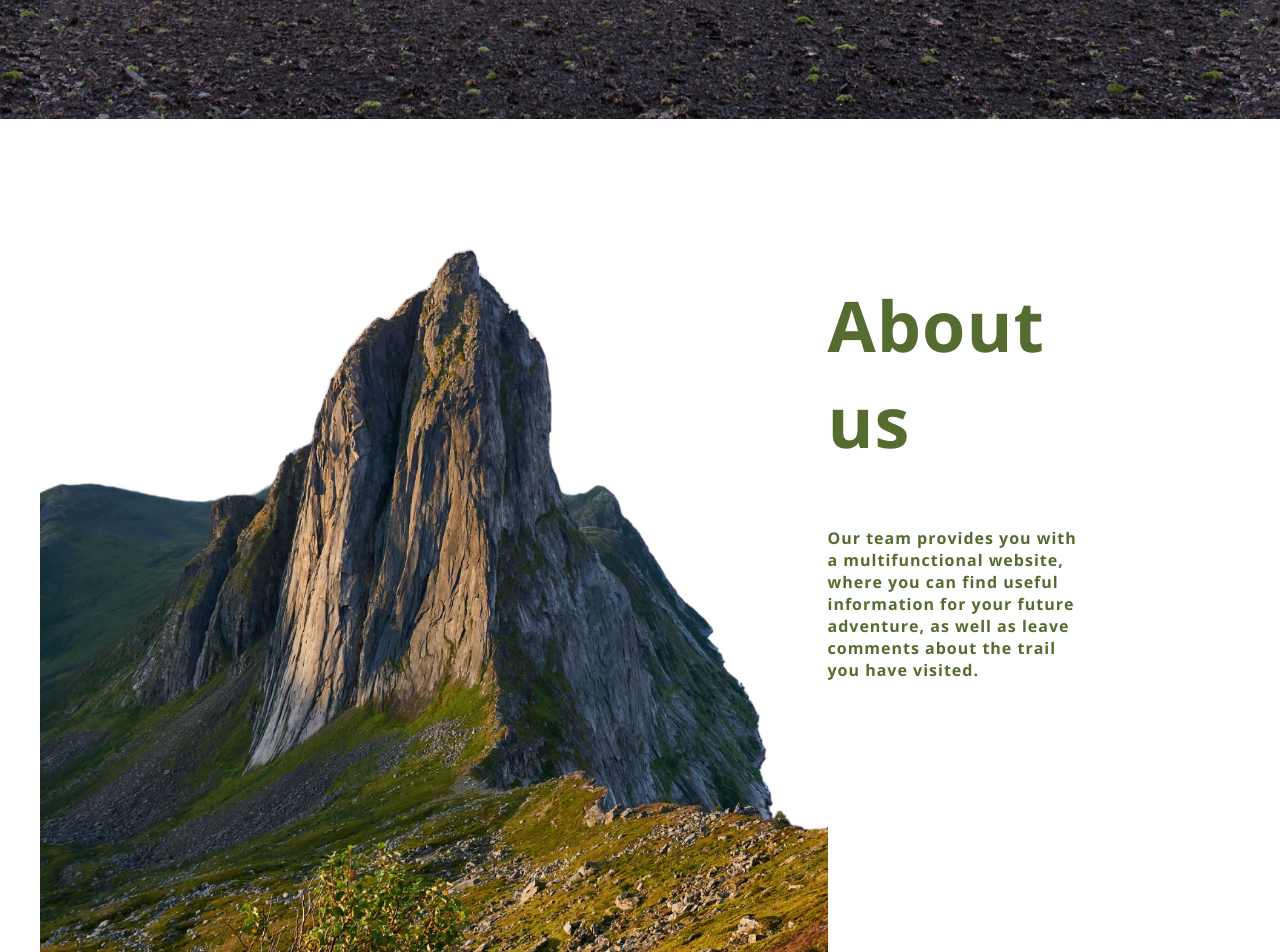
Repository: artembundin/travelrus.github.io
Page: index.html
An editor plug-in stored every save of this project. The page is shown before and after the next save, followed by the edit.
The browser window is 1280 px wide. The pictures show the part of the page from y = 2581 to 3533 px (the page is 4792 px tall).
A picture or video elsewhere on the page could not be fetched, so the positions and the page height are approximate. An inner scrolling area shows only its first screen. Backgrounds fixed to the window are drawn as part of the page. Some web fonts or font styles are not loaded; a fallback is used.

Above is the page before, as saved 2025-05-08 01:27:30.
Console error: TypeError: Cannot read properties of null (reading 'offsetTop')

### index.html
<!DOCTYPE html>
<html lang="en">
  <head>
    <meta charset="UTF-8" />
    <meta name="viewport" content="width=device-width, initial-scale=1.0" />
    <title>Document</title>
    <link rel="stylesheet" href="style.css" />
  </head>
  <body>
    <header class="header">
      <div class="container-header">
        <img src="icons/TRAIL TRIBE (3).svg" alt="" class="anim header-logo" />
        <ul class="header-list">
          <li><a class="active" href="/">HOME</a></li>
          <li><a href="/">BLOG</a></li>
          <li><a href="#inf">DISCOVER</a></li>
          <li><a href="/">ABOUT AS</a></li>
        </ul>
      </div>
    </header>
    <main class="main">
      <section class="join">
        <div class="join-container">
          <div class="text_section">
            <h2>Featured Items</h2>
            <p>
              These are some of the basic things that will be useful to you on a
              hike. See the full list on our blog.
            </p>
          </div>
          <a href="#" class="btn_list" id="newPageButton">BLOG</a>
        </div>
      </section>
      <section class="inf" id='inf'>
        <div class="inf-container">
          <h2 class="inf-caption animate-slidein">Find our most popular camps</h2>
          <div class="cards">
              <div class="cards-content">
                <a href="map.html#mapstore">
                  <img src="images/bvt.jpeg" alt="" class="img">
                </a>
                <div class="cards-text">
                  <h4 class="cards-title">The Big Valdai Trail</h4>
                  <p class="cards-sub-title">Its uniqueness lies in the change of ecological systems: spruce-fir forest, broad-leaved forest, pine forest.</p>
                </div>
              </div>
            <div class="cards-content">
              <a href="map.html#mapstore2">
                <img src="images/30.jpeg" alt="" class="img">
              </a>
              <div class="cards-text">
                <h4 class="cards-title">Through the Mountains to the Sea</h4>
                <p class="cards-sub-title">One of the oldest, most popular traveled tourist routes in the Soviet Union.</p>
              </div>
            </div>
            <div class="cards-content">
              <a href="map.html#mapstore3">
                <img src="images/btt.jpeg" alt="" class="img">
              </a>
              <div class="cards-text">
                <h4 class="cards-title">The Great Baikal Trail</h4>
                <p class="cards-sub-title">The trail will connect three national parks and three reserves.</p>
              </div>
            </div>
          </div>
        </div>
      </section>
      <section class="aboutus">
        <div class="aboutus-container">
          <div class="aboutus-image animate-slideleft"></div>
          <div class="aboutus-text animate-slideright">
            <h2 class="aboutus-title">About us</h2>
            <p class="aboutus-sub-title">Our team provides you with a multifunctional website, where you can find useful information for your future adventure, as well as leave comments about the trail you have visited.</p>
          </div>
        </div>
      </section>
      <section class="stuff-list">
      <h2 class="stuff-list-caption animate-appeir">That is useful for any hike</h2>
      <div class="item">
        <div class="stuff-list-container animate-appeir">
            <div class="stuff-item">
                    <p class="item1_title">Knife</p>
                    <img src="images/knife.svg" alt="/" id="item1">
            </div>
            <div class="stuff-item">
                    <p class="item2_title">Sleeping-bag</p>
                    <img src="images/sleepingbag.svg" alt="/" id="item2">
            </div>
            <div class="stuff-item">
                    <p class="item3_title">Tent</p>
                    <img src="images/tent.svg" alt="/" id="item3">
            </div>
          </div>
      </div>
    </section>
  </main>
  <script src="animation.js"></script>
  </body>
</html>




<!--<h2 class="stuff-list-caption">That is useful for any hike</h2>-->

### style.css
@font-face {
  font-family: 'OpenSans';
  src: url(fonts/OpenSans-Regular.woff2) format('woff2');
  font-weight: 400;
  font-style: normal;
  font-display: swap;
}
@font-face {
  font-family: 'OpenSans';
  src: url(fonts/OpenSans-Bold.woff2) format('woff2');
  font-weight: 700;
  font-style: normal;
  font-display: swap;
}


body {
  margin: 0;
  font-family: 'OpenSans';
  background-color: white;
  color: white;
  font-weight: 550;
}

ul {
  list-style: none;
  padding: 0;
  margin: 0;
}

a {
  text-decoration: none;
  color: white;
}

p {
  display: flex;
  /*animation: pfade linear both;
  animation-timeline: view();
  animation-range: entry 50% cover 50%;*/
}


h1, h2, h3, h4, h5, h6 {
  display: flex;
  /*animation: pfade linear both;
  animation-timeline: view();
  animation-range: entry 50% cover 50%;*/
}


/*@keyframes pfade {
  from {
    opacity: 0;
  }
  to {
    opacity: 1;
  }
} */

a {
  text-decoration: none;
}

/*Шапка*/

.header {
  position: relative;
  text-align: center;
  background-image: url(images/hiking3.jpeg);
  background-attachment: fixed;
  background-size: cover;
  background-position: center;
}

.container-header {
  display: flex;
  flex-direction: column;
  align-items: center;
  max-width: 1200px;
  height: 900px;
  margin-left: auto;
  margin-right: auto;
  overflow-x: hidden;
  padding: 0 15px;
}

.header-logo {
  width: 600px;
  height: 600px;
}



.header-img {
  position: absolute;
  width: 100%;
  height: auto;

  background-image: url(images/hiking3.jpeg);
  /*background-attachment: fixed;
    background-size: cover;
    background-position: center;*/
  z-index: -1;
}

.header-list {
  display: flex;
  gap: 40px;
  margin-top: -100px;
  text-decoration: underline;
  text-underline-offset: 10px;
  opacity: 0.6;
  font-weight: 600;
  font-size: 25px;
  letter-spacing: 3px;
}


/*СЕКЦИЯ 1*/

.main {
  display: inline;
}


.join {
  background-image: url('images/cloudmount.png');
  background-size: contain;
  background-repeat: no-repeat;
  animation: pfade linear both;
  animation-timeline: view();
  animation-range: entry 50% cover 50%;
}

@keyframes pfade {
  from {
    opacity: 0;
  }
  to {
    opacity: 1;
  }
}

.join-container {
  display: flex;
  max-width: 1200px;
  height: 900px;
  margin-left: auto;
  margin-right: auto;
  overflow-x: hidden;
  padding: 0 15px;
}


.text_section {
  width: 330px;
  height: 500px;
  padding: 100px;
  color: darkolivegreen;
}

.text_section p {
  letter-spacing: 1px;
}

.text_section h2 {
  font-size: 70px;
  font-weight: 700;
}

/*Кнопка*/

.btn_list {
  position: relative;
  text-align: center;
  padding: 5px 10px;
  width: 200px;
  height: 30px;
  top: 550px ;
  right: 430px;
  font-size: 20px;
  color: darkolivegreen;

  background-color: white;
  border-radius: 17px;
  box-shadow: 5px 5px 5px 3px #8a8a8a;
  cursor: pointer;
  transition: .3s;
}

.btn_list:active {
  transform: translateY(4px);
  box-shadow: 0 5px 0 darkgreen;
}


/*Конец кнопки*/



/*СЕКЦИЯ 2*/

.inf {
  background-image: url(images/holm.png);
  background-attachment: fixed;
  background-size: 1200px 900px;
  background-repeat: no-repeat;
  color: #AFD2F2;

}


.inf-caption {
  display: flex;
  justify-content: center;
  font-size: 60px;
  font-weight: 700;
  margin-top: 100px;
  margin-bottom: 200px;

  color: white;
}

@keyframes slidein {
  from {
    transform: translateX(-100%);
    opacity: 0;
  }
  to {
    transform: translateX(0);
    opacity: 1;
  }
}

.inf-caption.animate-slidein {
  animation: slidein;
  animation-duration: 2s;
  animation-timing-function: linear forwards;
  animation-iteration-count: 1;
}

.inf-container {
  max-width: 1200px;
  height: 900px;
  margin-left: auto;
  margin-right: auto;
  overflow-x: hidden;
  padding: 0 15px;
}

@keyframes fadein {
  from {
    opacity: 0;
  }
  to {
    opacity: 1;
  }
}

.cards {
  display: flex;
  justify-content: center;
  gap: 100px;
  animation: pfade linear both;
  animation-timeline: view();
  animation-range: entry 50% cover 50%;
}

.cards-content {
  display: flex;
  position: relative;
  justify-content: center;
  align-items: center;
  overflow: hidden;




  /*width: 400px;
  border-radius: 20px;
  margin-top: 200px;
  text-align: center;*/
}


.img {
  width: 400px;
  height: 300px;
  border: 3px solid #2E2C33;




  /*max-width: 100%;
  height: 350px;
  object-fit: cover;
  border-radius: 15px;*/
}

.cards-text {
  width: 200px;
  height: 200px;
  background-color: white;
  padding: 1.5rem 2rem;
  box-shadow: 0 8px 24px hsla(0, 0%, 0%, .15);
  border-radius: 1rem;
  position: absolute;
  bottom: -9rem;
  opacity: 0;
  transition: opacity 1s 1s;
}

.cards-title {
  font-size: 28px;
  font-weight: 700;
  margin-bottom: .75rem;
}



.cards-sub-title {
  font-size: 13px;
  font-weight: 400;

}

.cards-content:hover .cards-text{
  animation: show-text 1s forwards;
  opacity: 1;
  transition: opacity .3s;
}

.cards-content {
  animation-name: remove-overflow;
  animation: remove-overflow 2s forwards;

}

.cards-content:not(:hover) {
  animation: show-overflow 2s forwards;
}

.cards-content:not(:hover) .cards-text {
  animation: remove-text 1s forwards;
}

@keyframes show-text {
  50% {
    transform: translateY(-10rem);
  }
  100% {
    transform: translateY(-7rem);
  }
}

@keyframes remove-overflow {
  to {
    overflow: initial;
  }
}

@keyframes remove-text {
  0% {
    transform: translateY(-7rem);
  }
  50% {
    transform: translateY(-10rem);
  }
  100% {
    transform: translateY(.5rem);
  }
}

@keyframes show-overflow {
  0% {
    overflow: initial;
    pointer-events: none;
  }
  50% {
    overflow: hidden;
  }
}


/*СЕКЦИЯ 3 */



.aboutus {
  color: darkolivegreen;
}


.aboutus-container {
  display: flex;
  max-width: 1200px;
  height: 800px;
  margin-left: auto;
  margin-right: auto;
  overflow-x: hidden;
  margin-top: 100px;
  margin-bottom: 150px;
}


.aboutus-image {
  background-image: url(images/goraaa.png);
  background-size: cover;
  background-repeat: no-repeat;
  width: 1200px;
  height: 800px;
}

/*@keyframes slideleft {
  from{
    transform: translateX(-100%);
    opacity: 0;
  }
  to {
    transform: translate(0);
    opacity: 1;
  }
}

.aboutus-image.animate-slideleft {
  animation: slideleft;
  animation-duration: 5s;
  animation-timing-function: linear forwards;
  animation-iteration-count: 1;
}*/

.aboutus-text {
  width: 400px;
  height: 300px;
  text-align: left;
  letter-spacing: 1px;
  margin-right: 150px;
}

/*.aboutus-text.animate-slideright {
  animation: none;
  animation: slideright;
  animation-duration: 4s;
  animation-timing-function: linear forwards;
  animation-iteration-count: 1;
}

@keyframes slideright {
  from {
    transform: translateX(100%);
  }
  to {
    transform: translateX(0);
  }
}*/

.aboutus-title {
  font-size: 70px;
  justify-content: left;
}



/*СЕКЦИЯ 3*/


/*.cards {
  display: flex;
  justify-content: center;
  gap: 170px;
} карточки секция */

@keyframes appeir {
  from {
    opacity: 0;
  }
  to {
    opacity: 1;
  }
}

.stuff-list-caption {
  display: flex;
  justify-content: center;
  font-size: 65px;
  font-weight: 700;
  color: darkolivegreen;

}

.stuff-list-caption.animate-appeir {
  animation: appeir;
  animation-duration: 6s;
  animation-timing-function: linear forwards;
  animation-iteration-count: 1;
}

.stuff-list-container.animate-appeir {
  display: grid;
  grid-template-columns: 0.25fr 0.25fr;
  grid-template-rows: 600px 600px;
  gap: 20px;
  max-width: 1200px;
  height: 800px;
  margin-left: auto;
  margin-right: auto;
  overflow-x: hidden;
  margin-top: 100px;


    /*animation: appeir2 ;
    animation-duration: 1s;
    animation-timing-function: ease-in forwards;
    animation-delay: 1s;
    animation-iteration-count: 1;*/

}

/*@keyframes appeir2 {
  from {
    opacity: 0;
  }
  to {
    opacity: 1;
  }
}*/

.stuff-list {
  color: white;
}


.item {
  background-image: url(/images/sumka.png);
  background-size: 1300px 800px;
  background-repeat: no-repeat;
  background-position: center;
}


#item1 {
  background-color: lemonchiffon;
  position: relative;
  left: 490px;
  top: 160px;
}



#item2 {
  background-color: lightpink;
  position: relative;
  left: 390px;
  top: 130px;
}



#item3 {
  background-color: lightsteelblue;
  position: relative;
  left: 530px;
  bottom: 230px;
}

.item1_title {
  position: relative;
  left: 490px;
  top: 160px;
  font-size: 17px;
}

.item2_title {
  position: relative;
  left: 390px;
  top: 130px;
  font-size: 17px;
}

.item3_title {
  position: relative;
  left: 530px;
  bottom: 230px;
  font-size: 17px;
}

/* В конец файла добавим медиа-запросы */

/* Для планшетов */
@media screen and (max-width: 1024px) {
  .container-header {
    height: 700px;
  }

  .header-logo {
    width: 400px;
    height: 400px;
  }

  .header-list {
    font-size: 20px;
    gap: 20px;
  }

  .join-container {
    width: 100%;
    padding: 0 20px;
  }

  .text_section {
    padding: 50px;
  }

  .text_section h2 {
    font-size: 50px;
  }

  .cards {
    flex-wrap: wrap;
    gap: 50px;
  }

  .img {
    width: 300px;
    height: 225px;
  }

  .aboutus-container {
    flex-direction: column;
    height: auto;
  }

  .aboutus-image {
    width: 100%;
    height: 500px;
  }

  .aboutus-text {
    width: 100%;
    margin: 20px;
  }
}

/* Для мобильных устройств */
@media screen and (max-width: 768px) {
  .container-header {
    height: 500px;
  }

  .header-logo {
    width: 300px;
    height: 300px;
  }

  .header-list {
    font-size: 16px;
    gap: 15px;
    flex-direction: column;
  }

  .text_section h2 {
    font-size: 40px;
  }

  .btn_list {
    right: 200px;
  }

  .inf-caption {
    font-size: 40px;
    margin: 50px 0;
  }

  .cards-content {
    width: 100%;
  }

  .img {
    width: 100%;
    max-width: 300px;
  }

  .stuff-list-container {
    grid-template-columns: 1fr;
    grid-template-rows: auto;
  }

  #item1, #item2, #item3,
  .item1_title, .item2_title, .item3_title {
    left: 50%;
    transform: translateX(-50%);
    position: relative;
    top: 0;
    bottom: 0;
  }

  .stuff-list-caption {
    font-size: 40px;
    text-align: center;
  }
}

/* Для маленьких экранов */
@media screen and (max-width: 480px) {
  .header-logo {
    width: 200px;
    height: 200px;
  }

  .text_section {
    width: 100%;
    padding: 20px;
  }

  .text_section h2 {
    font-size: 30px;
  }

  .btn_list {
    width: 150px;
    right: 100px;
  }
}

.join,
.inf,
.aboutus,
.stuff-list {
  width: 100%;
  overflow-x: hidden;
}

### animation.js
window.addEventListener('scroll', function() {
    var infCaption = document.querySelector('.inf-caption');
    var infOffsetTop = infCaption.offsetTop;
    var windowHeight = window.innerHeight;
    var scrollTop = window.scrollY;

    if (scrollTop > infOffsetTop - windowHeight) {
    infCaption.classList.add('animate-slidein');
    }
    else {
    infCaption.classList.remove('animate-slidein');
    }
});

window.addEventListener('scroll', function() {
    var aboutusSection = document.querySelector('.aboutus');
    var aboutusOffsetTop = aboutusSection.offsetTop;
    var windowHeight = window.innerHeight;
    var scrollTop = window.scrollY;

    if (scrollTop > aboutusOffsetTop - windowHeight) {
    document.querySelector('.aboutus-image').classList.add('animate-slideleft');
    document.querySelector('.aboutus-text').classList.add('animate-slideright');
    }
    else {
    document.querySelector('.aboutus-image').classList.remove('animate-slideleft');
    document.querySelector('.aboutus-text').classList.remove('animate-slideright');
    }
});


window.addEventListener('scroll', function() {
    var stuffSection = document.querySelector('.stuff-list');
    var stuffOffsetTop = stuffSection.offsetTop;
    var windowHeight = window.innerHeight;
    var scrollTop = window.scrollY;

    if (scrollTop > stuffOffsetTop - windowHeight) {
    document.querySelector('.stuff-list-caption').classList.add('animate-appeir');
    }
    else {
    document.querySelector('.stuff-list-caption').classList.remove('animate-appeir');
    }
});

document.addEventListener('scroll', function() {
    var stuffSection = document.querySelector('.stuff-list-container');
    var windowHeight = window.innerHeight;
    var stuffOffsetTop = stuffSection.offsetTop;
    var scrollTop = window.scrollY;

    if (scrollTop > stuffOffsetTop - windowHeight) {
        stuffSection.classList.add('animate-appeir');
    } else {
        stuffSection.classList.remove('animate-appeir');
    }
});

document.addEventListener('scroll', function() {
    var footer = document.querySelector('.footer');
    var windowHeight = window.innerHeight;
    var footerOffsetTop = footer.offsetTop;
    var scrollTop = window.scrollY;

    if (scrollTop > footerOffsetTop - windowHeight) {
        footer.classList.add('animate-appeir-footer');
    } else {
        footer.classList.remove('animate-appeir-footer');
    }
});

document.addEventListener('scroll', function() {
    var socialContainer = document.querySelector('.social-container');
    var windowHeight = window.innerHeight;
    var socialContainerOffsetTop = socialContainer.offsetTop;
    var scrollTop = window.scrollY;

    if (scrollTop > socialContainerOffsetTop - windowHeight) {
        socialContainer.classList.add('animate-appeir3');
    } else {
        socialContainer.classList.remove('animate-appeir3');
    }
});

const newPageButton = document.getElementById('newPageButton');

newPageButton.addEventListener('click', function() {
    window.open('blog.html');
});

After the next save:
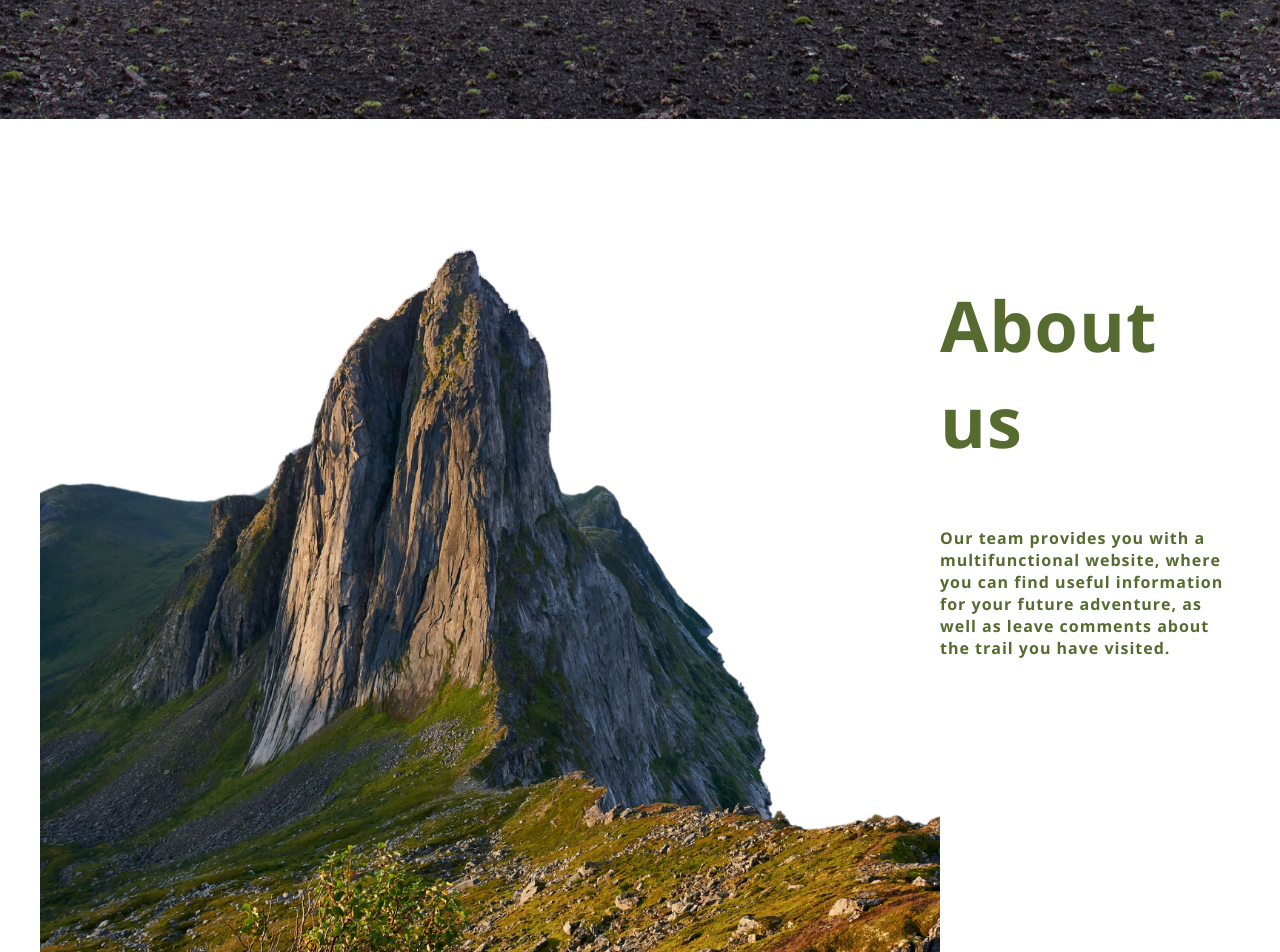
Saved 14 s later.
--- a/style.css
+++ b/style.css
@@ -435,7 +435,6 @@ a {
   height: 300px;
   text-align: left;
   letter-spacing: 1px;
-  margin-right: 150px;
 }
 
 /*.aboutus-text.animate-slideright {
